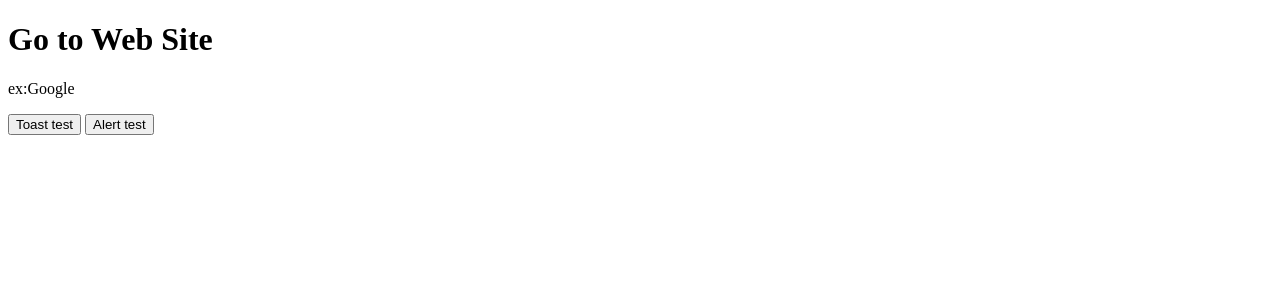
Repository: kenshiryu7/mdv-projects
Page: MDF3/project_4/Project4/assets/index.html
An editor plug-in stored every save of this project. The page is shown before and after the next save, followed by the edit.
The browser window is 1280 px wide. The pictures show the whole page.

Above is the page before, as saved 2013-02-28 13:14:53.

### MDF3/project_4/Project4/assets/index.html
<!DOCTYPE html>
<html>
	<head>
	<meta http-equiv="Content-Type" content="text/html; charset=UTF-8">

	<title>The HTML Stuff</title>
	</head>


	<body>
	<h1>Go to Web Site</h1>
	<p id="mytext">ex:Google</p>

	<input type="button" value="Toast test" onclick="showAndroidToast('Yo Chump!')"/>

	<input type="button" value="Alert test" onclick="openAndroidDialog()"/>
	</body>


		<script type="text/javascript">

			function showAndroidToast(toast) {
			//document.getElementById("mytext").innerHTML = "toast";
				Android.showToast(toast);

			};

			//function openAndroidDialog(actualData) {
				//document.getElementById("mytext").innerHTML = actualData;
				//Android.openDialog();
			//};

			function openAndroidDialog() {
				document.getElementById("mytext").value = locater.getNameFromAndroidET();
				var HTML = ""+document.getElementById("mytext").value;
				alert("Javascript says: Name is" + HTML);
			};

			function callFromActivity(message) {
				document.getElementById("mytext").innerHTML = message;
			};

		</script>
</html>

After the next save:
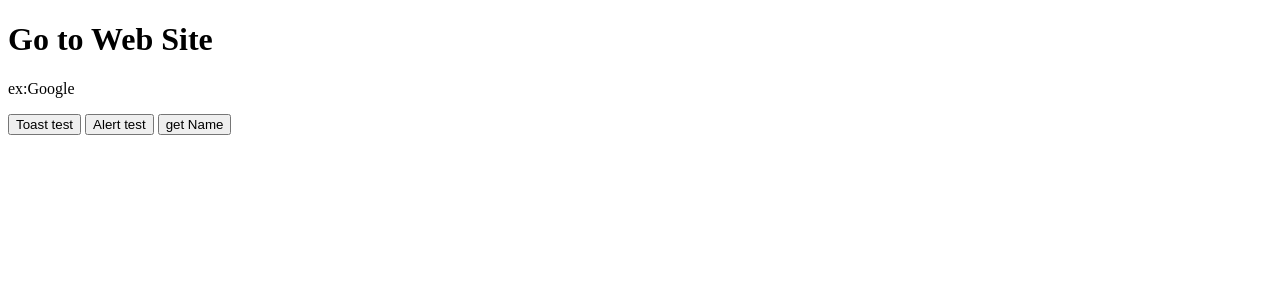
Saved 79 s later.
--- a/MDF3/project_4/Project4/assets/index.html
+++ b/MDF3/project_4/Project4/assets/index.html
@@ -14,6 +14,8 @@
 	<input type="button" value="Toast test" onclick="showAndroidToast('Yo Chump!')"/>
 
 	<input type="button" value="Alert test" onclick="openAndroidDialog()"/>
+
+	<input type="button" value="get Name" onclick="getData()"/>
 	</body>
 
 
@@ -30,7 +32,7 @@
 				//Android.openDialog();
 			//};
 
-			function openAndroidDialog() {
+			function getData() {
 				document.getElementById("mytext").value = locater.getNameFromAndroidET();
 				var HTML = ""+document.getElementById("mytext").value;
 				alert("Javascript says: Name is" + HTML);
